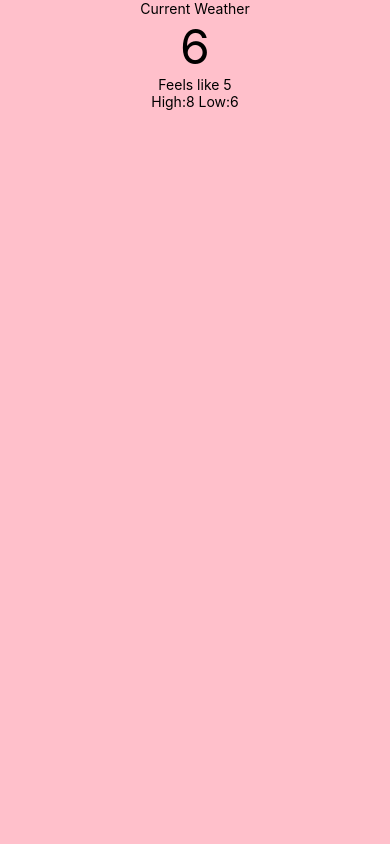
Repository: RossDee/WeatherApp
Screen: /
These files come from the project's save history. The screen is drawn as it stood at one moment and after a run of saves; the edit follows.
The app was drawn by React Native's web renderer in a window 390 px wide. The project was rebuilt for these pictures with package versions that can differ from the ones it lists, and the page was loaded fresh each time.

Above is the screen before, as saved 2023-10-14 20:58:38.

After the next 2 saves:
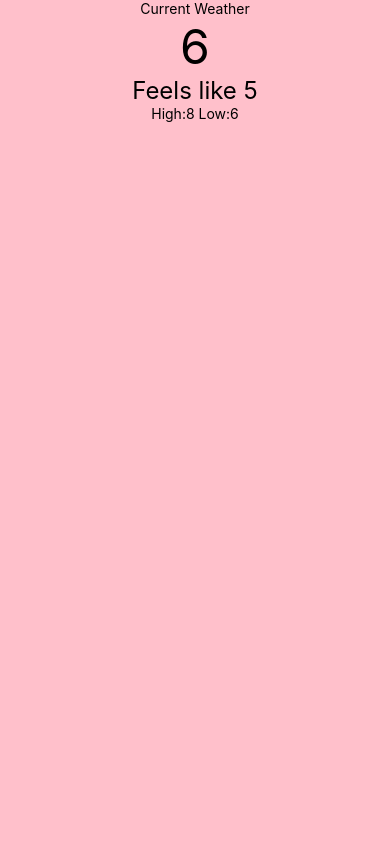
The 2 saves are shown as one change because 1 did not build or start.
The last was saved 20 s later.
--- a/App.js
+++ b/App.js
@@ -26,7 +26,10 @@ const style  =StyleSheet.create({
   temp:{
     color:'black',
     fontSize:48,
-
+ },
+ feels:{
+   color:'black',
+   fontSize:24,
  }
 })
 export default App
